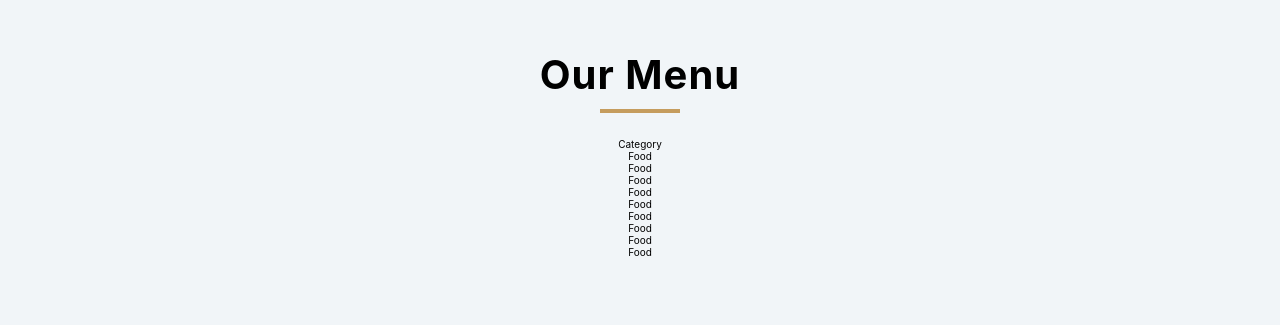
Repository: thaiduy1704/TypeScriptBasic
Page: / (app in 05-Menu/)
These files come from the project's save history. The page is drawn as it stood at one moment and after the next save; the edit follows.
The browser window is 1280 px wide. The pictures show the whole page.
The project was rebuilt for these pictures with package versions that can differ from the ones it lists, and the page was loaded fresh each time.

Above is the page before, as saved 2022-10-28 17:18:49.

### 05-Menu/src/index.css
:root {
	--transition: all 0.5s linear;
	--clr-primary: hsl(36, 47%, 57%);
	--clr-background: hsl(206, 33%, 96%);
	--clr-white: white;
	--clr-btn: #eae6eb;
	--clr-text: #617d98;
	--light-shadow: 0 5px 15px rgba(0, 0, 0, 0.1);
	--dark-shadow: 0 5px 15px rgba(0, 0, 0, 0.2);
	--fixed-width: 800px;
	--max-width: 1170px;
	--spacing: 0.1rem;
	--radius: 0.5rem;
}

body {
	margin: 0;
	font-family: -apple-system, BlinkMacSystemFont, 'Segoe UI', 'Roboto', 'Oxygen',
		'Ubuntu', 'Cantarell', 'Fira Sans', 'Droid Sans', 'Helvetica Neue',
		sans-serif;
	-webkit-font-smoothing: antialiased;
	-moz-osx-font-smoothing: grayscale;
	background-color: var(--clr-background);
}

code {
	font-family: source-code-pro, Menlo, Monaco, Consolas, 'Courier New',
		monospace;
}

/* Global */
*,
*::before,
*::after {
	box-sizing: border-box;
	margin: 0;
	padding: 0;
	overflow-x: hidden;
}

html {
	font-size: 62.5%; /* 1rem = 10px */
}

h1,
h2,
h3,
h4,
h5 {
	letter-spacing: var(--spacing);
	text-transform: capitalize;
	margin-bottom: 1rem;
}

p {
	font-size: 1.8rem;
	color: var(--clr-text);
}

### 05-Menu/src/App.tsx
import React, { useState } from 'react';
import './App.css';

import styled from 'styled-components';
import { data } from './data/data';
import Category from './components/Category';
import Food, { IFood } from './components/Food';

const categories = [
	'all',
	...Array.from(new Set(data.map((item) => item.category))),
];
function App() {
	const [menu, setMenu] = useState<IFood[]>(data);

	return (
		<Wrapper className='App'>
			<div className='title'>
				<h1>Our Menu</h1>
				<div className='underline'></div>
			</div>
			<div className='content'>
				<Category categories={categories} />
				{menu.map((food) => {
					return <Food key={food.id} {...food} />;
				})}
			</div>
		</Wrapper>
	);
}

const Wrapper = styled.main`
	width: 80vw;
	max-width: var(--max-width);
	margin: 5rem auto;
	.title {
		text-align: center;
		margin-bottom: 2rem;
		h1 {
			font-size: 4rem;
		}
		.underline {
			background-color: var(--clr-primary);
			width: 8rem;
			height: 4px;
			margin: 0.5rem auto;
		}
	}

	.menu {
		display: grid;
		grid-gap: 2rem;
		grid-template-columns: 1fr 1fr;
	}
	@media only screen and (max-width: 1200px) {
		.menu {
			grid-template-columns: 1fr;
		}
		article {
			grid-template-columns: 30rem 1fr;
			padding-inline: 10rem;
		}
	}
`;

export default App;

### 05-Menu/src/data/data.ts
export const data = [
	{
		id: 1,
		title: 'buttermilk pancakes',
		category: 'breakfast',
		price: 15.99,
		img: './images/item-1.jpeg',
		desc: `I'm baby woke mlkshk wolf bitters live-edge blue bottle, hammock freegan copper mug whatever cold-pressed `,
	},
	{
		id: 2,
		title: 'diner double',
		category: 'lunch',
		price: 13.99,
		img: './images/item-2.jpeg',
		desc: `vaporware iPhone mumblecore selvage raw denim slow-carb leggings gochujang helvetica man braid jianbing. Marfa thundercats `,
	},
	{
		id: 3,
		title: 'godzilla milkshake',
		category: 'shakes',
		price: 6.99,
		img: './images/item-3.jpeg',
		desc: `ombucha chillwave fanny pack 3 wolf moon street art photo booth before they sold out organic viral.`,
	},
	{
		id: 4,
		title: 'country delight',
		category: 'breakfast',
		price: 20.99,
		img: './images/item-4.jpeg',
		desc: `Shabby chic keffiyeh neutra snackwave pork belly shoreditch. Prism austin mlkshk truffaut, `,
	},
	{
		id: 5,
		title: 'egg attack',
		category: 'lunch',
		price: 22.99,
		img: './images/item-5.jpeg',
		desc: `franzen vegan pabst bicycle rights kickstarter pinterest meditation farm-to-table 90's pop-up `,
	},
	{
		id: 6,
		title: 'oreo dream',
		category: 'shakes',
		price: 18.99,
		img: './images/item-6.jpeg',
		desc: `Portland chicharrones ethical edison bulb, palo santo craft beer chia heirloom iPhone everyday`,
	},
	{
		id: 7,
		title: 'bacon overflow',
		category: 'breakfast',
		price: 8.99,
		img: './images/item-7.jpeg',
		desc: `carry jianbing normcore freegan. Viral single-origin coffee live-edge, pork belly cloud bread iceland put a bird `,
	},
	{
		id: 8,
		title: 'american classic',
		category: 'lunch',
		price: 12.99,
		img: './images/item-8.jpeg',
		desc: `on it tumblr kickstarter thundercats migas everyday carry squid palo santo leggings. Food truck truffaut  `,
	},
	{
		id: 9,
		title: 'quarantine buddy',
		category: 'shakes',
		price: 16.99,
		img: './images/item-9.jpeg',
		desc: `skateboard fam synth authentic semiotics. Live-edge lyft af, edison bulb yuccie crucifix microdosing.`,
	},
];

### 05-Menu/src/components/Category.tsx
import styled from 'styled-components';
export interface ICategories {
	categories: string[];
}

const Category = ({ categories }: ICategories) => {
	return <div>Category</div>;
};

const Wrapper = styled.div`
	margin-inline: auto;
	width: 50rem;
	display: flex;
	justify-content: space-around;
	align-items: center;
	margin-bottom: 3rem;
	button {
		background-color: transparent;
		border: transparent;
		font-size: 2rem;
		text-transform: capitalize;
		font-weight: bold;
		color: var(--clr-primary);
		transition: var(--transition);
		padding: 0.5rem;
		border-radius: var(--radius);
		cursor: pointer;
	}
	button:hover {
		background-color: var(--clr-primary);
		color: white;
	}
	.active {
		background-color: var(--clr-primary);
		color: white;
	}
`;

export default Category;

### 05-Menu/src/components/Food.tsx
import React from 'react';
export interface IFood {
	id: number;
	title: string;
	category: string;
	price: number;
	img: string;
	desc: string;
}
const Food = ({ id, title, price, img, desc, category }: IFood) => {
	return <div>Food</div>;
};

export default Food;

Loaded but not shown: 05-Menu/public/index.html (common file); 05-Menu/src/index.tsx (common file); 05-Menu/src/reportWebVitals.ts (common file); 05-Menu/src/App.css (common file)

After the next save:
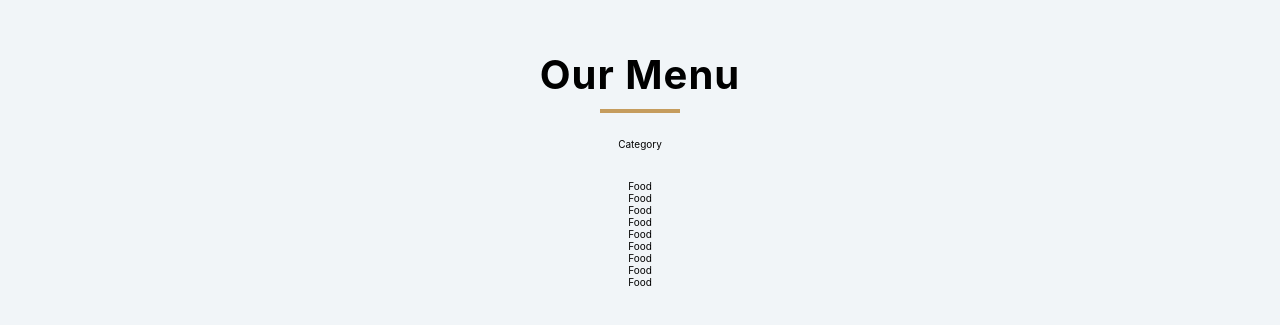
Saved 10 s later.
--- a/05-Menu/src/components/Category.tsx
+++ b/05-Menu/src/components/Category.tsx
@@ -4,7 +4,7 @@ export interface ICategories {
 }
 
 const Category = ({ categories }: ICategories) => {
-	return <div>Category</div>;
+	return <Wrapper>Category</Wrapper>;
 };
 
 const Wrapper = styled.div`
